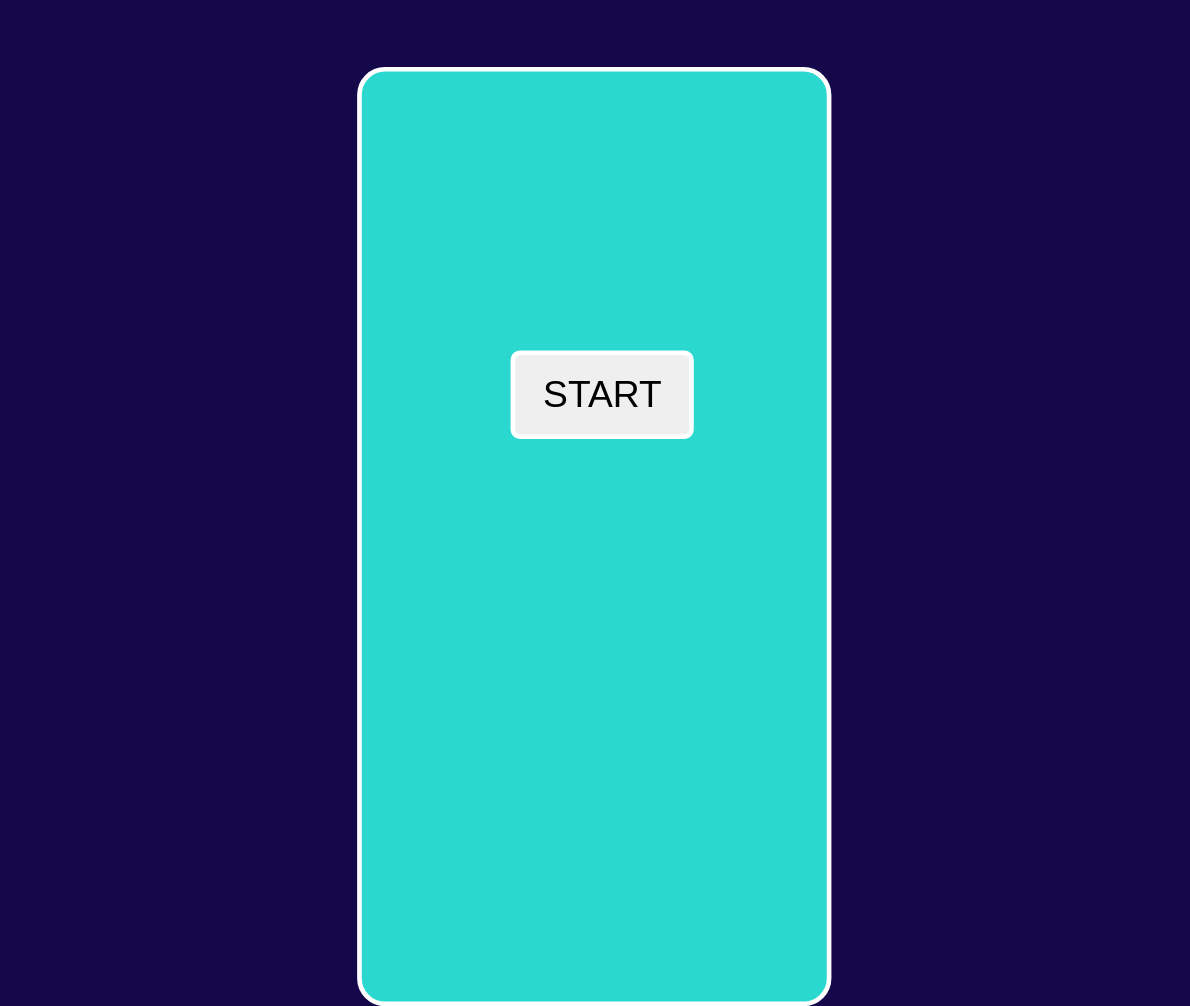
Repository: 1000sky/Inorganic_chemistry_application
Page: http://localhost/start
The author's editor kept a copy of each file at every save. The page is drawn from the files as they stood at one save, then again after the next save.
The browser window is 1280 px wide. The pictures show the whole page, at 93% of full size.
The page is served by the project's Laravel application, run on PHP 8.4 with Laravel 8. Other server files are loaded and not shown.

Above is the page before, as saved 2022-07-12 10:20:24.

### application/routes/web.php
<?php

use Illuminate\Support\Facades\Route;

/*
|--------------------------------------------------------------------------
| Web Routes
|--------------------------------------------------------------------------
|
| Here is where you can register web routes for your application. These
| routes are loaded by the RouteServiceProvider within a group which
| contains the "web" middleware group. Now create something great!
|
*/

Route::get('/home', function () {
    return view('welcome');
});

Route::get('/', function () {
    return view('index');
});

Route::get('/start', function () {
    return view('/start');
});

### application/resources/views/start.blade.php
<!DOCTYPE html>
<html lang="ja">
<head>
    <meta charset="UTF-8">
    <meta name="viewport" content="width=device-width, initial-scale=1.0">
    <meta http-equiv="X-UA-Compatible" content="ie=edge">
    <title>Inorganic_chemistry_application</title>
    <link rel="stylesheet" href="css/reset.css" >
    <link rel="stylesheet" href="css/start.css" />
</head>
<body>
    <div class=card>
        <button class=start_button onclick="location.href='/'">START</button>
    </div>

### application/public/css/start.css
body {
    background-color: rgb(20, 8, 75);
}

.card {
  position: absolute;
  top: 10%;
  left:30%;
  width: 500px;
  height: 1000px;
  background-color: rgb(42, 216, 208);
  border: solid 5px white;
  border-radius: 30px;
}

.start_button {
  font-size: 2.5rem;
  position: absolute;
  top: 30%;
  left: 30%;
  text-align: center;
  padding: 20px 30px;
  margin-left: 10px;
  border: solid 5px white;
  border-radius: 10px;
}

Loaded but not shown: application/public/css/reset.css (common file)

After the next save:
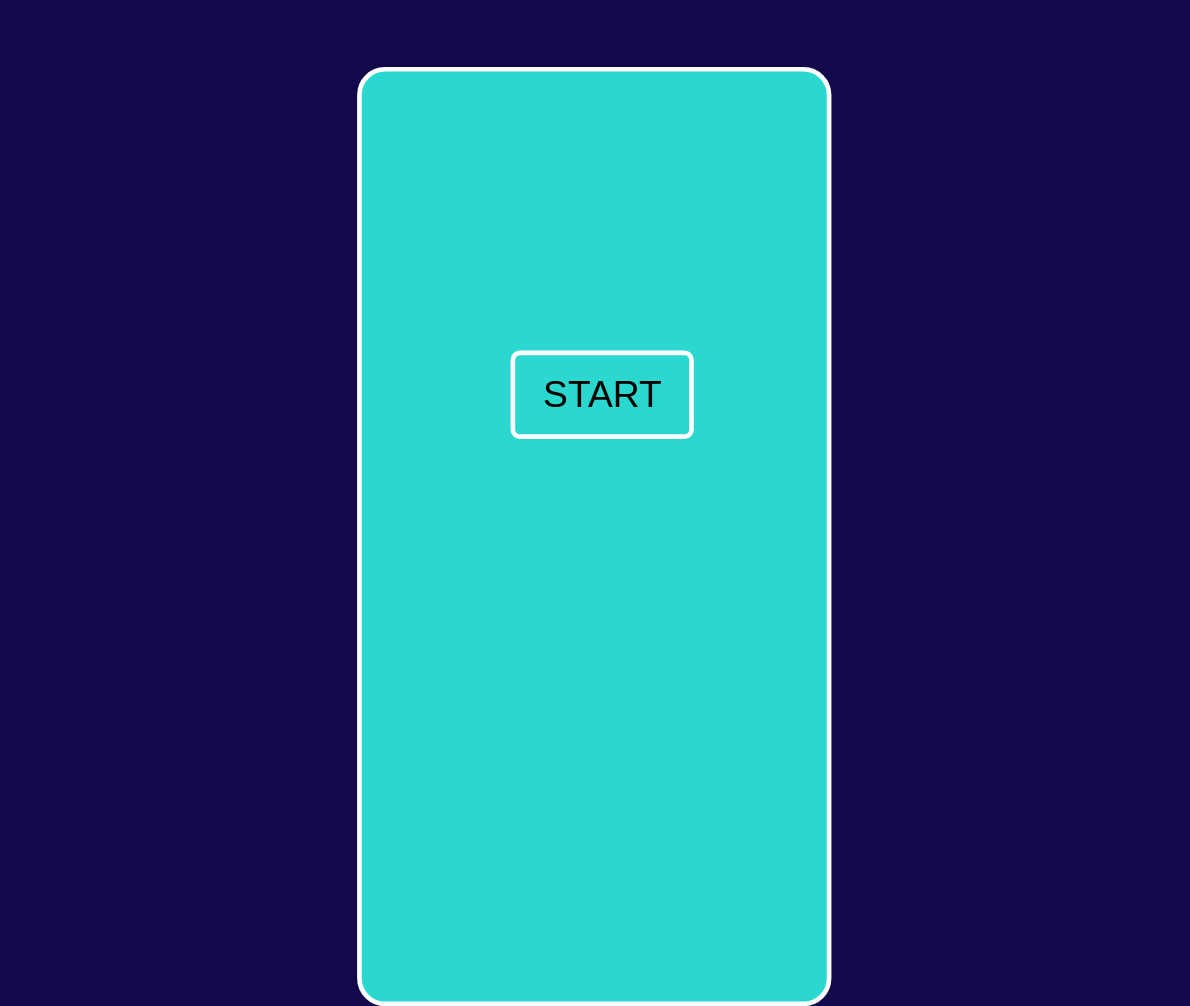
Saved 19 s later.
--- a/application/public/css/start.css
+++ b/application/public/css/start.css
@@ -23,4 +23,5 @@ body {
   margin-left: 10px;
   border: solid 5px white;
   border-radius: 10px;
+  background-color: rgb(42, 216, 208);
 }
